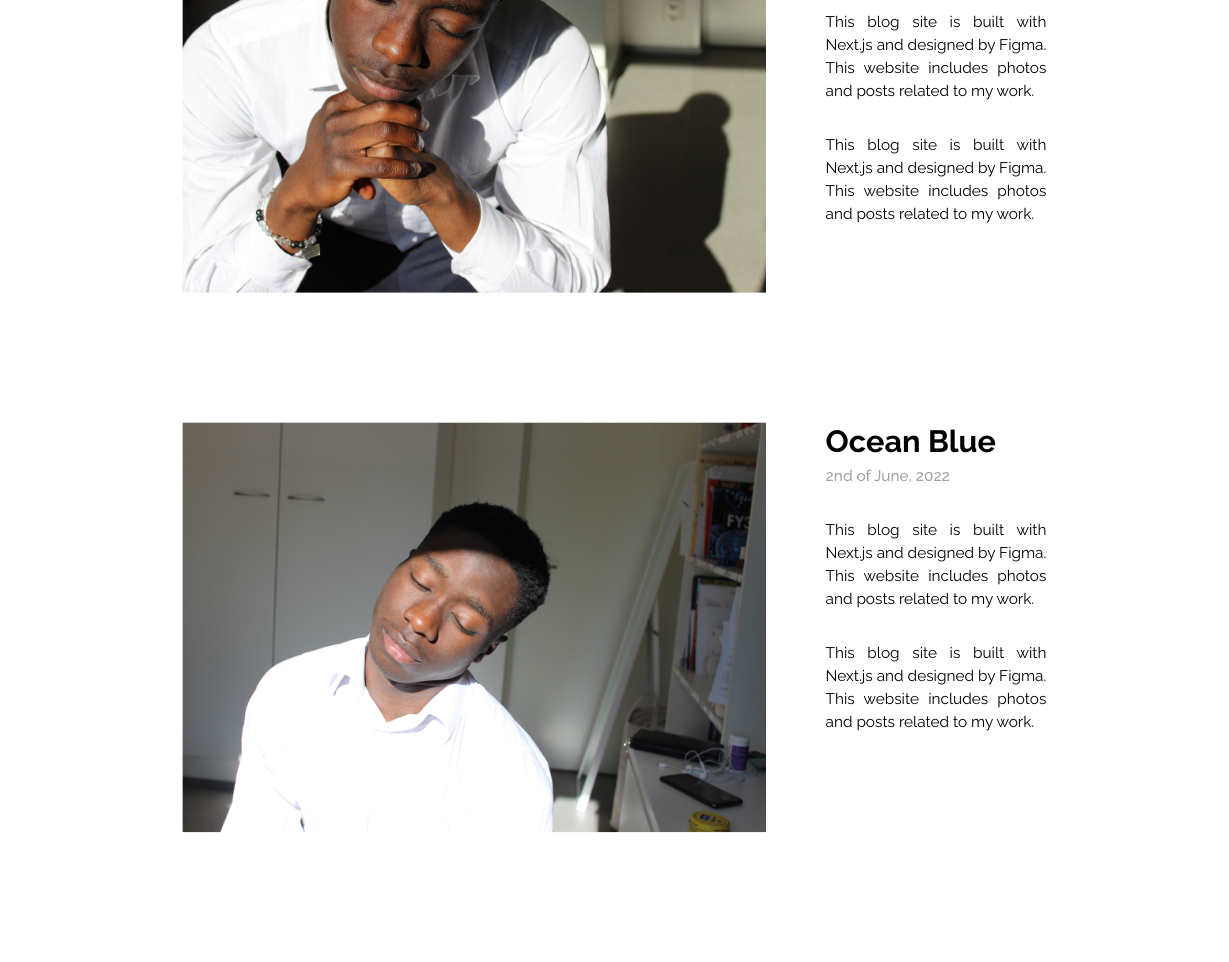
Repository: Graquick/Blog
Page: /photos
An editor plug-in stored every save of this project. The page is shown before and after the next save, followed by the edit.
The browser window is 1280 px wide. The pictures show the whole page, at 96% of full size.
The project was rebuilt for these pictures with package versions that can differ from the ones it lists, and the page was loaded fresh each time. The framework's server and built-in components were replaced by stand-ins that run in the browser. Also part of the build but not shown: next.config.js, components/Footer.js.

Above is the page before, as saved 2022-07-07 14:31:41.

After the next save:
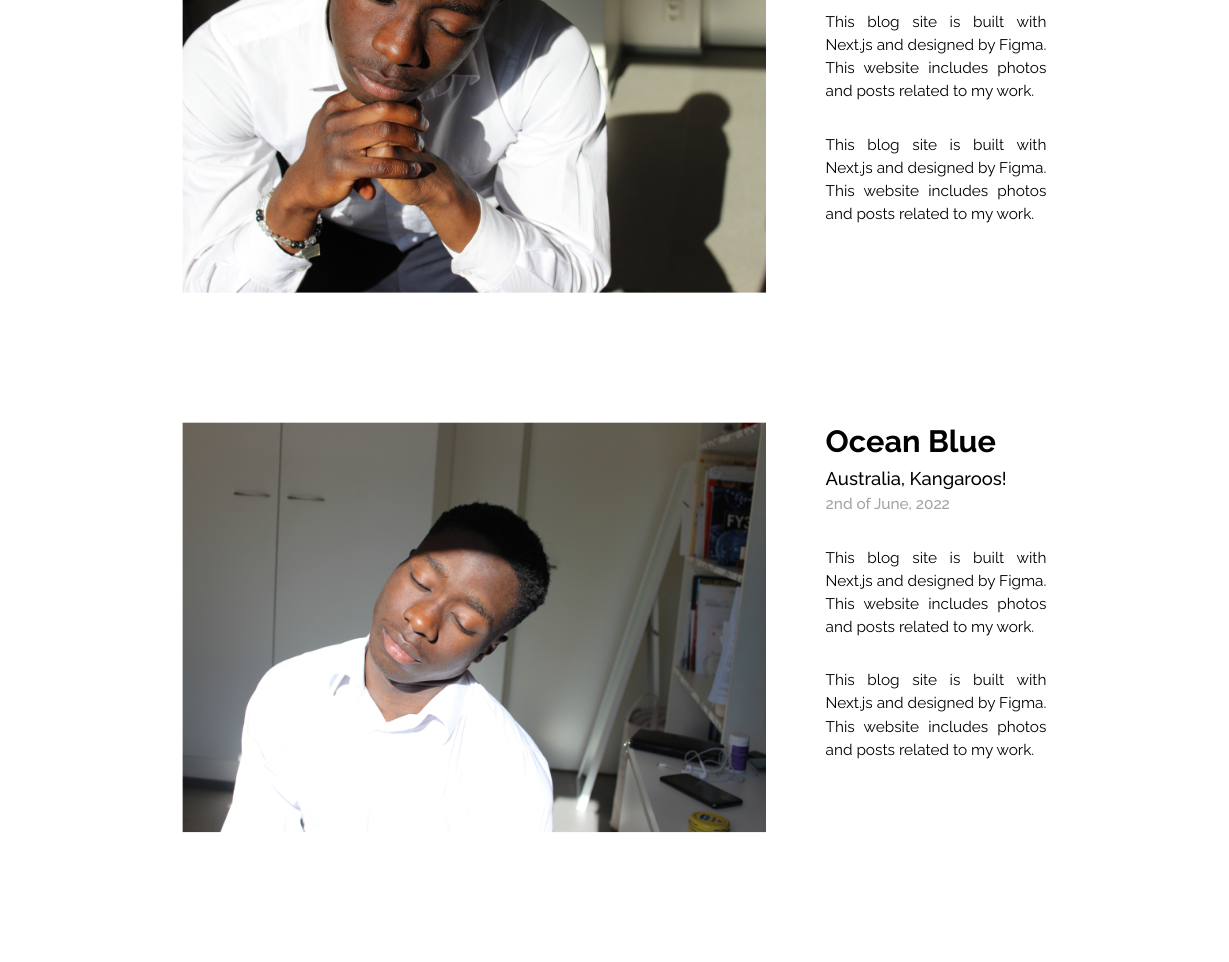
Saved 6 s later.
--- a/pages/photos.js
+++ b/pages/photos.js
@@ -20,7 +20,7 @@
 
 const desc = [
     { id: 1, title: 'Savannah', info: "Roadtrip to Kenya", date: "2nd of June, 2022", text: "This blog site is built with Next.js and designed by Figma. This website includes photos and posts related to my work." },
-    { id: 2, title: 'Ocean Blue', info: "", date: "2nd of June, 2022", text: "This blog site is built with Next.js and designed by Figma. This website includes photos and posts related to my work."}
+    { id: 2, title: 'Ocean Blue', info: "Australia, Kangaroos!", date: "2nd of June, 2022", text: "This blog site is built with Next.js and designed by Figma. This website includes photos and posts related to my work."}
 ]
 
 const layInfo = {

After the save that followed:
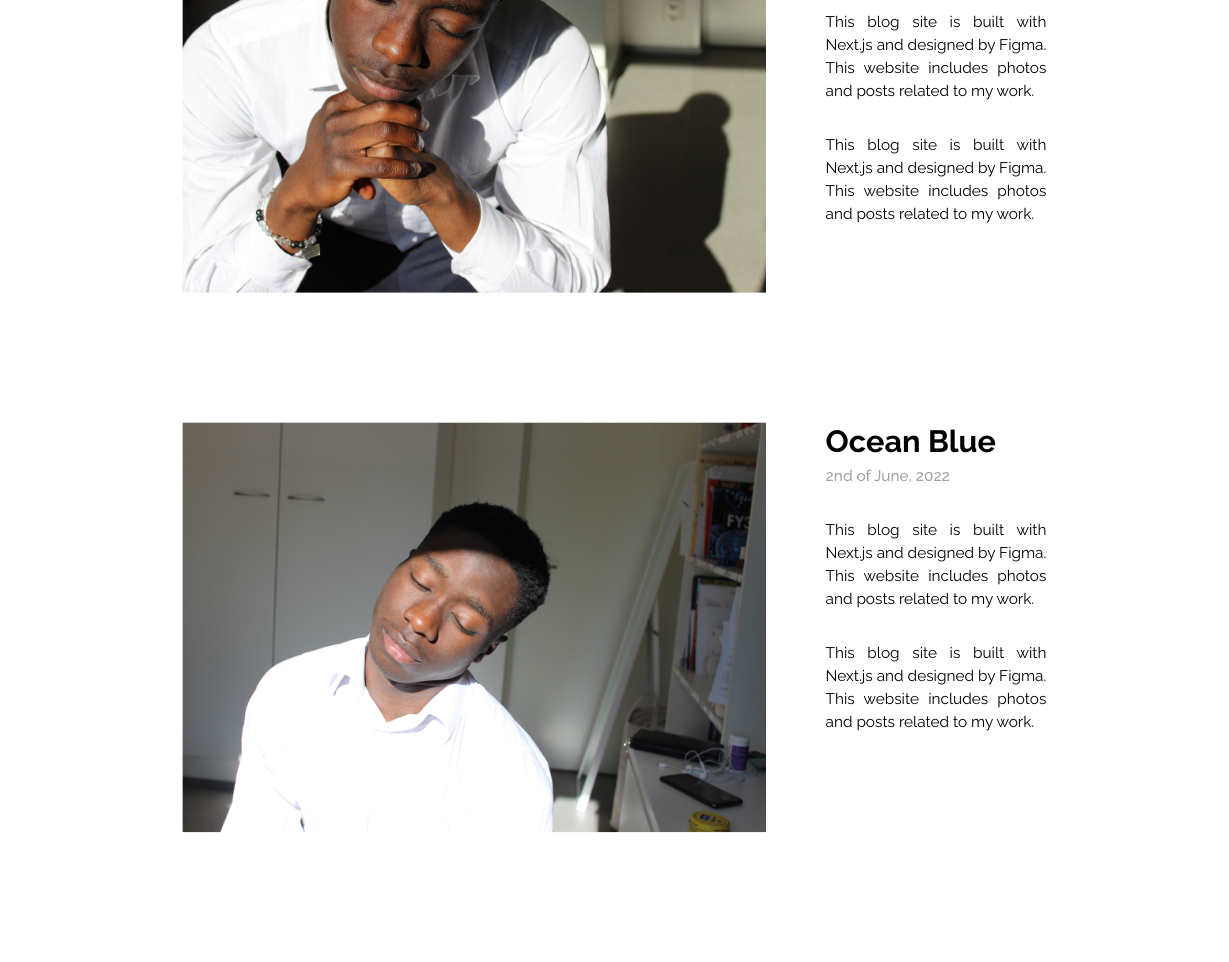
Saved 7 s later.
--- a/pages/photos.js
+++ b/pages/photos.js
@@ -20,7 +20,7 @@
 
 const desc = [
     { id: 1, title: 'Savannah', info: "Roadtrip to Kenya", date: "2nd of June, 2022", text: "This blog site is built with Next.js and designed by Figma. This website includes photos and posts related to my work." },
-    { id: 2, title: 'Ocean Blue', info: "Australia, Kangaroos!", date: "2nd of June, 2022", text: "This blog site is built with Next.js and designed by Figma. This website includes photos and posts related to my work."}
+    { id: 2, title: 'Ocean Blue', info: "", date: "2nd of June, 2022", text: "This blog site is built with Next.js and designed by Figma. This website includes photos and posts related to my work."}
 ]
 
 const layInfo = {
